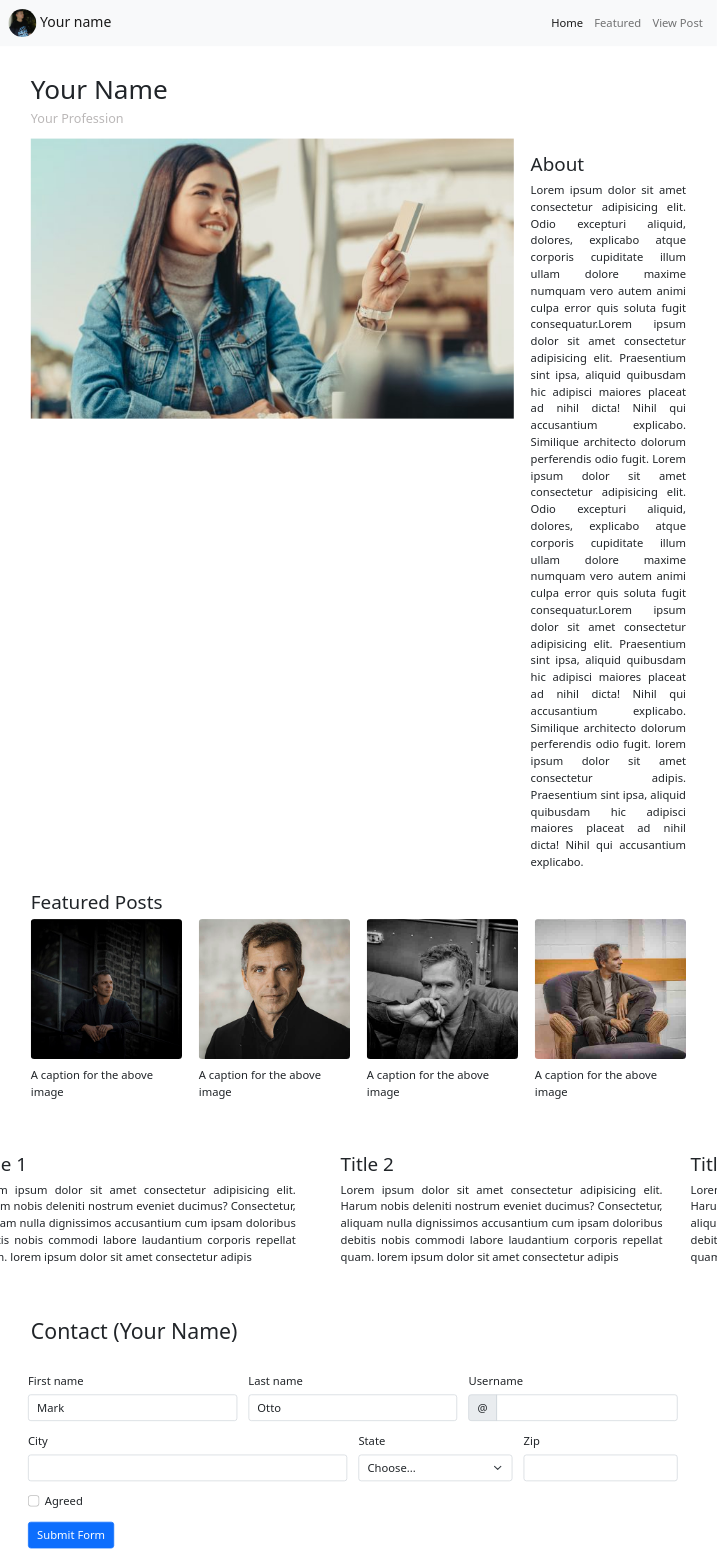
Repository: nvt01/72_1951061106_NgoVanTung
Page: BaiTh1/index.html
The author's editor kept a copy of each file at every save. The page is drawn from the files as they stood at one save, then again after the next save.
The browser window is 1024 px wide. The pictures show the part of the page from y = 0 to 2240 px (the page is 2643 px tall before and 3267 px after), at 70% of full size.

Above is the page before, as saved 2021-12-01 10:55:47.

After the next save:
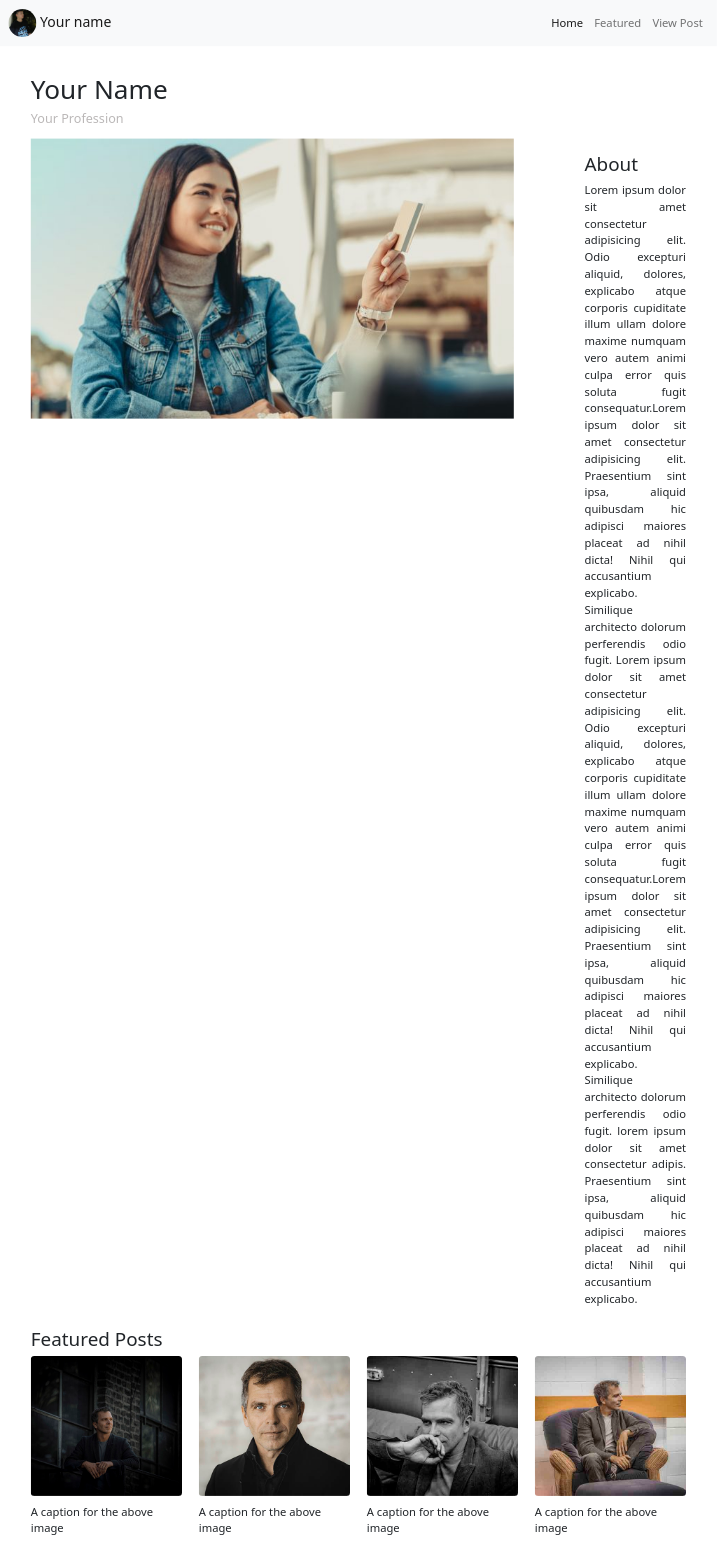
Saved 6 s later.
--- a/BaiTh1/style.css
+++ b/BaiTh1/style.css
@@ -67,7 +67,7 @@
 
 @media screen and (max-width: 1025px) {
     .col.content {
-        flex: 1 0 0%;
+        flex: 0 0 0%;
     }
 }
 

After the 2 saves that followed:
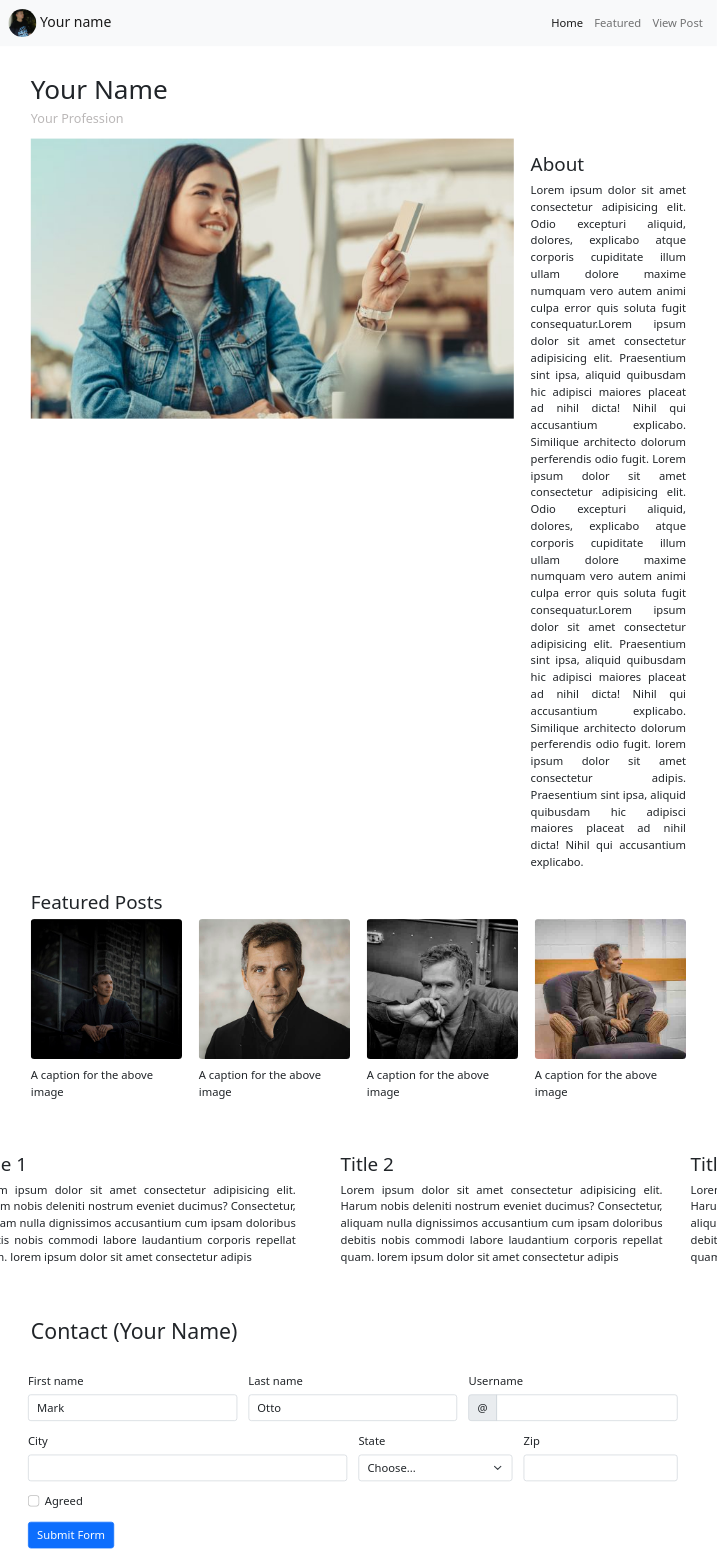
The 2 saves are shown as one change because they came seconds apart.
The last was saved 7 s later.
--- a/BaiTh1/style.css
+++ b/BaiTh1/style.css
@@ -67,7 +67,7 @@
 
 @media screen and (max-width: 1025px) {
     .col.content {
-        flex: 0 0 0%;
+        flex: 3 0 0%;
     }
 }
 
